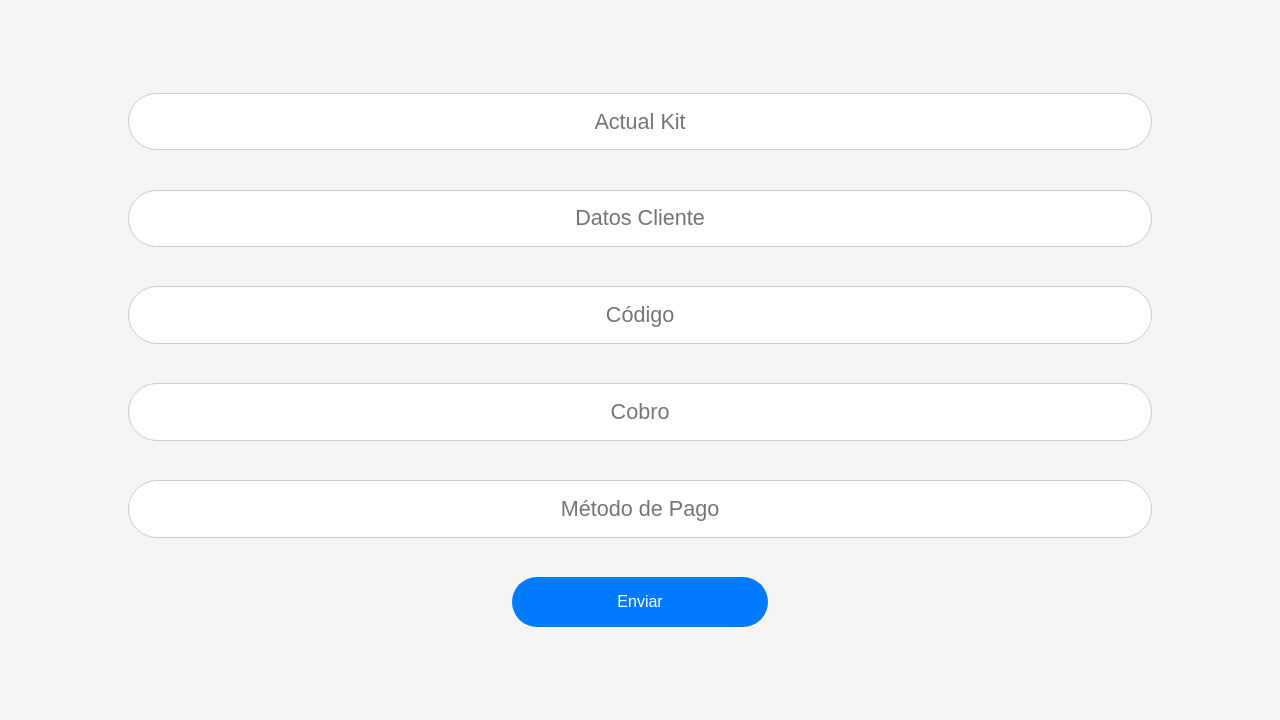
Repository: aCoupon0/intranet
Page: 1/venta-1.html
These files come from the project's save history. The page is drawn as it stood at one moment and after the next save; the edit follows.
The browser window is 1280 px wide. The pictures show the whole page.

Above is the page before, as saved 2024-11-29 16:33:44.

### 1/venta-1.html
<!DOCTYPE html>
<html lang="es">

<head>
    <meta charset="UTF-8">
    <meta name="viewport" content="width=device-width, initial-scale=1.0">
    <title>Intranet DermaBox</title>
    <link rel="stylesheet" href="../css/venta.css">
</head>

<body>
    <!-- Input para el Actual Kit -->
    <input
        type="text"
        placeholder="Actual Kit"
        class="input-texto"
        id="input-actualkit">

    <!-- Input para Datos Cliente -->
    <input
        type="text"
        placeholder="Datos Cliente"
        class="input-texto"
        id="input-datos-cliente">

    <!-- Input para Código -->
    <input
        type="text"
        placeholder="Código"
        class="input-texto"
        id="input-codigo">

    <!-- Input para Cobro -->
    <input
        type="text"
        placeholder="Cobro"
        class="input-texto"
        id="input-cobro">

    <!-- Input para Método de Pago -->
    <input
        type="text"
        placeholder="Método de Pago"
        class="input-texto"
        id="input-metodo-pago">

    <!-- Botón de Enviar -->
    <button class="boton-enviar" id="boton-enviar">Enviar</button>

    <script src="../js/ventas-shared.js"></script>
</body>

</html>

### css/venta.css
body {
    font-family: 'Roboto', system-ui, -apple-system, BlinkMacSystemFont, 'Segoe UI', sans-serif;
    margin: 0;
    padding: 0;
    display: flex;
    justify-content: center;
    align-items: center;
    height: 100vh;
    flex-direction: column;
    background-color: #f5f5f5;
    color: #333;
    gap: 1.5vw;
}

input {
    width: 80vw; /* Ocupa el 80% del ancho del contenedor */
    height: 8vh; /* Altura dinámica según el viewport */
    padding: 10px;
    font-size: 3vh;
    border: 1px solid #ccc;
    border-radius: 5vw;
    margin-bottom: 20px; /* Separación del botón */
    box-sizing: border-box;
    text-align: center;
}

.boton-enviar {
    width: 20%; /* Mismo ancho que el input */
    padding: 10px;
    height: 7vh; /* Misma altura que el input */
    font-size: 1rem;
    background-color: #007BFF;
    color: white;
    border: none;
    border-radius: 5vw;
    cursor: pointer;
    transition: background-color 0.3s;
    text-align: center;
}

.boton-enviar:hover {
    background-color: #0056b3;
}

### js/ventas-shared.js
const numeroPedido = ""



const botonEnviar = document.getElementById('boton-enviar');

// Selección de los inputs por sus IDs
const actualKitInput = document.getElementById("input-datos");
const datosClienteInput = document.getElementById("input-datos-cliente");
const codigoInput = document.getElementById("input-codigo");
const cobroInput = document.getElementById("input-cobro");
const metodoPagoInput = document.getElementById("input-metodo");

// Función para validar la estructura de los inputs
function validarEstructura() {
    let actualKit, datosCliente;

    // Validar ActualKit (debe ser un arreglo)
    try {
        actualKit = JSON.parse(actualKitInput.value); // Convertir a arreglo
        if (!Array.isArray(actualKit)) {
            throw new Error("ActualKit no es un arreglo.");
        }
        console.log("ActualKit contiene:");
        actualKit.forEach((item, index) => console.log(`Elemento ${index + 1}: ${item}`));
    } catch (error) {
        alert("El ActualKit debe ser un arreglo válido en formato JSON. Ejemplo: [\"Producto 1\", \"Producto 2\"]");
        return;
    }

    // Validar Datos Cliente (debe ser un arreglo)
    try {
        datosCliente = JSON.parse(datosClienteInput.value); // Convertir a arreglo
        if (!Array.isArray(datosCliente)) {
            throw new Error("Datos Cliente no es un arreglo.");
        }
        console.log("Datos Cliente contiene:");
        datosCliente.forEach((item, index) => console.log(`Elemento ${index + 1}: ${item}`));
    } catch (error) {
        alert("Los Datos del Cliente deben ser un arreglo válido en formato JSON. Ejemplo: [\"Nombre\", Teléfono, \"Ciudad\", \"Dirección\"]");
        return;
    }

    // Validar Código (debe ser un número)
    const codigo = parseInt(codigoInput.value, 10);
    if (isNaN(codigo)) {
        alert("El Código debe ser un número.");
        return;
    }

    // Validar Cobro (debe ser un número)
    const cobro = parseInt(cobroInput.value, 10);
    if (isNaN(cobro)) {
        alert("El Cobro debe ser un número.");
        return;
    }

    // Validar Método de Pago (debe ser una cadena)
    const metodoPago = metodoPagoInput.value;
    if (!metodoPago || typeof metodoPago !== "string") {
        alert("El Método de Pago debe ser un texto.");
        return;
    }

    // Si todas las validaciones pasan
    alert("La estructura es válida.");
}



// Agrega el evento click al botón
botonEnviar.addEventListener('click', validarEstructura);

After the next save:
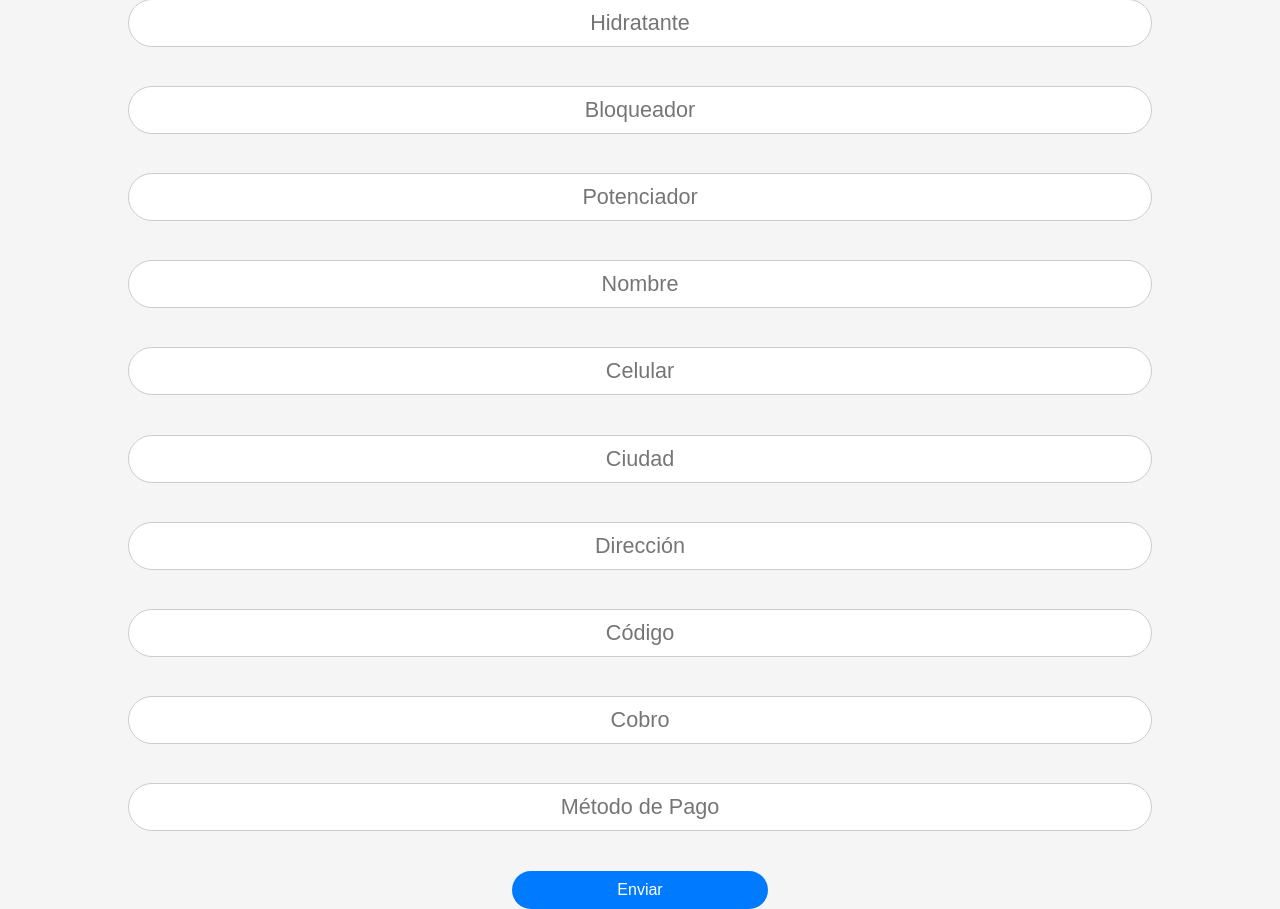
Saved 15 min 54 s later.
--- a/1/venta-1.html
+++ b/1/venta-1.html
@@ -9,43 +9,27 @@
 </head>
 
 <body>
-    <!-- Input para el Actual Kit -->
-    <input
-        type="text"
-        placeholder="Actual Kit"
-        class="input-texto"
-        id="input-actualkit">
+    <h1>Formulario de Pedido</h1>
 
-    <!-- Input para Datos Cliente -->
-    <input
-        type="text"
-        placeholder="Datos Cliente"
-        class="input-texto"
-        id="input-datos-cliente">
+    <!-- Inputs para los productos -->
+    <input type="text" id="input-limpiador" class="input-texto" placeholder="Limpiador">
+    <input type="text" id="input-hidratante" class="input-texto" placeholder="Hidratante">
+    <input type="text" id="input-bloqueador" class="input-texto" placeholder="Bloqueador">
+    <input type="text" id="input-potenciador" class="input-texto" placeholder="Potenciador">
 
-    <!-- Input para Código -->
-    <input
-        type="text"
-        placeholder="Código"
-        class="input-texto"
-        id="input-codigo">
+    <!-- Inputs para los datos del cliente -->
+    <input type="text" id="input-nombre" class="input-texto" placeholder="Nombre">
+    <input type="text" id="input-celular" class="input-texto" placeholder="Celular">
+    <input type="text" id="input-ciudad" class="input-texto" placeholder="Ciudad">
+    <input type="text" id="input-direccion" class="input-texto" placeholder="Dirección">
 
-    <!-- Input para Cobro -->
-    <input
-        type="text"
-        placeholder="Cobro"
-        class="input-texto"
-        id="input-cobro">
+    <!-- Inputs para código, cobro y método -->
+    <input type="text" id="input-codigo" class="input-texto" placeholder="Código">
+    <input type="text" id="input-cobro" class="input-texto" placeholder="Cobro">
+    <input type="text" id="input-metodo" class="input-texto" placeholder="Método de Pago">
 
-    <!-- Input para Método de Pago -->
-    <input
-        type="text"
-        placeholder="Método de Pago"
-        class="input-texto"
-        id="input-metodo-pago">
-
-    <!-- Botón de Enviar -->
-    <button class="boton-enviar" id="boton-enviar">Enviar</button>
+    <!-- Botón para enviar -->
+    <button id="boton-enviar" class="boton-enviar">Enviar</button>
 
     <script src="../js/ventas-shared.js"></script>
 </body>
